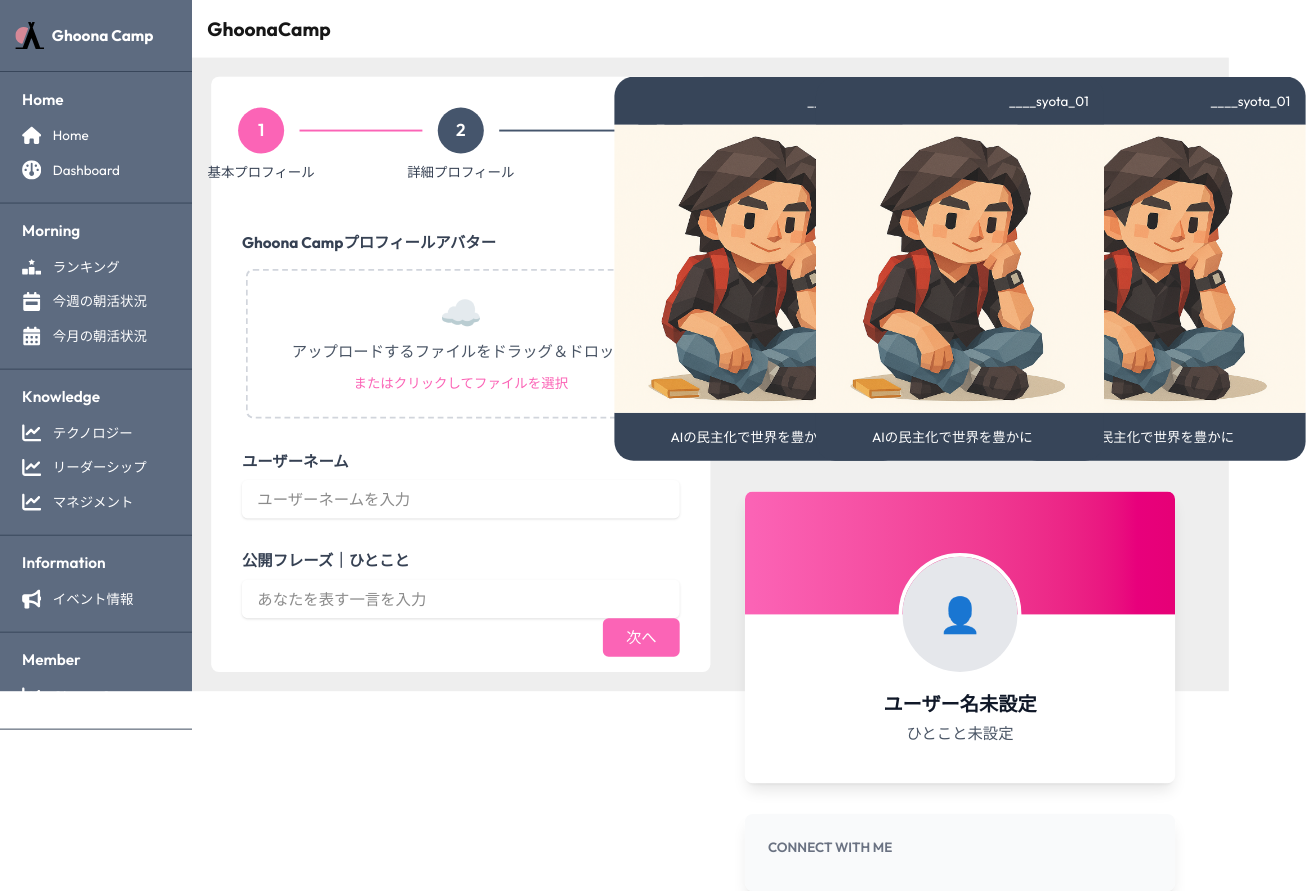
Repository: ShotaGhoona/ghoonacamp_platform
Page: /setting/profile
An editor plug-in stored every save of this project. The page is shown before and after a run of saves, followed by the edit.
The browser window is 1280 px wide. The page is 1360 px wide, so the pictures cover 1360 px, including what lies to the right of the window. The pictures show the whole page, at 96% of full size.
The page's requests for data from a server got no answer. The project was rebuilt for these pictures with package versions that can differ from the ones it lists, and the page was loaded fresh each time. Some packages were replaced by stand-ins written for this rebuild. The framework's server and built-in components were replaced by stand-ins that run in the browser. No one was signed in, and anything a server would have sent is missing. Also part of the build but not shown: next.config.js, src/features/setting/profile/display/DetailProfileForm.tsx, src/features/setting/profile/display/ConfirmationView.tsx.

Above is the page before, as saved 2025-04-29 14:45:19.

After the next 2 saves:
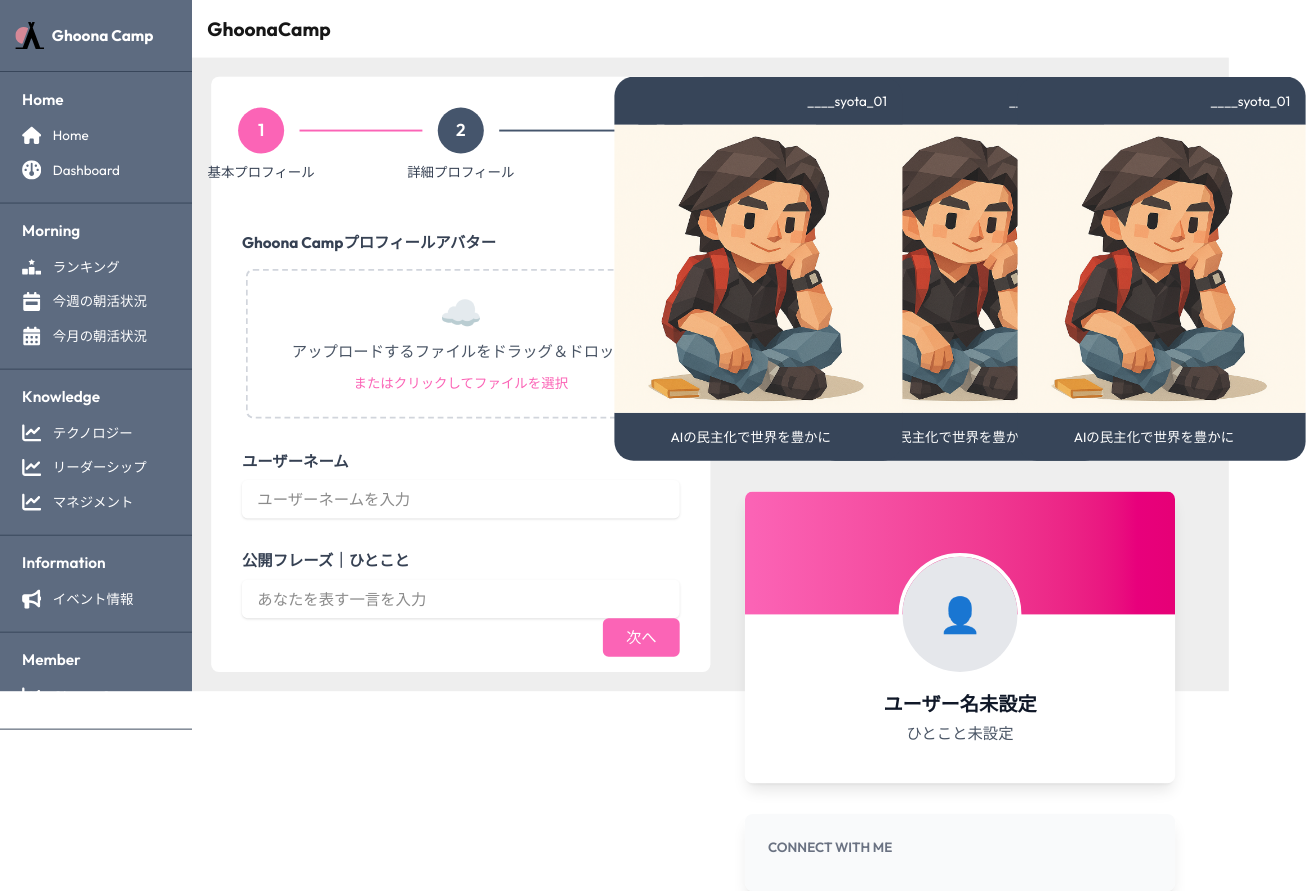
The 2 saves are shown as one change because they came seconds apart.
The last was saved 16 s later.
--- a/src/features/setting/profile/components/ProfilePreview.tsx
+++ b/src/features/setting/profile/components/ProfilePreview.tsx
@@ -13,10 +13,10 @@ export const ProfilePreview = ({ formData }: ProfilePreviewProps) => {
       <div className="w-[300px] top-0 left-0">
         <ProfileCard />
       </div>
-      <div className="w-[300px] absolute top-0 -left-[100px] -z-10">
+      <div className="w-[300px] absolute top-0 -left-[100px] z-10">
         <ProfileCard />
       </div>
-      <div className="w-[300px] absolute top-0 -right-[100px] -z-10">
+      <div className="w-[300px] absolute top-0 -right-[100px] z-10">
         <ProfileCard />
       </div>
     </div>
